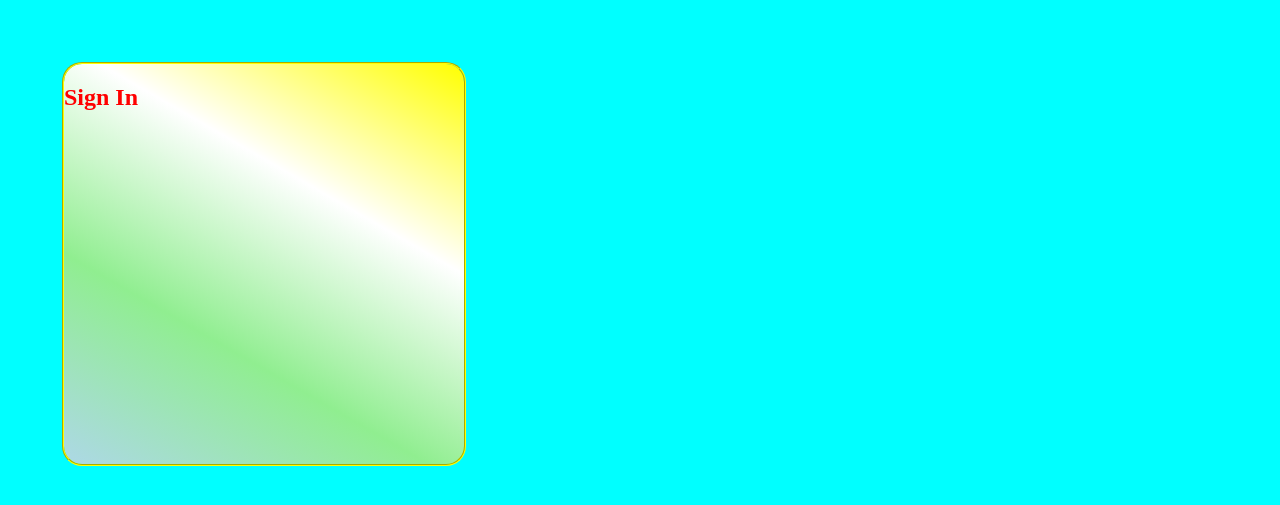
Repository: Amani-Kibet/express-app-web
Page: public/Card.html
An editor plug-in stored every save of this project. The page is shown before and after the next save, followed by the edit.
The browser window is 1280 px wide. The pictures show the whole page.

Above is the page before, as saved 2025-09-25 21:11:14.

### public/Card.html
<!DOCTYPE html>
<head>
  <title> Login Page</title>
  <style>
  #board{
    background: linear-gradient(30deg, lightblue, lightgreen, white, yellow);
    width: 25rem;
    height: 25rem;
    border-radius: 18px;
    outline: 2px groove yellow;
    position: absolute;
    top: 4rem;
    left: 4rem;
  }
  h2{
    color: red;
    alignment: centre
  }
  </style>
</head>
<body bgColor="cyan">
  <div id="board">
    <h2>Sign In</h2>
  </div>
</body>
<script>
  let input1= document.getElementById("input1");
  let btn1= document.getElementById("btn1");

  function f1(){
    let file= input1.files[0];
    let env= new FormData();
    env.append("image", file)

    fetch("http://localhost:3000/path1", {
      method: "POST",
      body: env
    })
  }


</script>
</html>

After the next save:
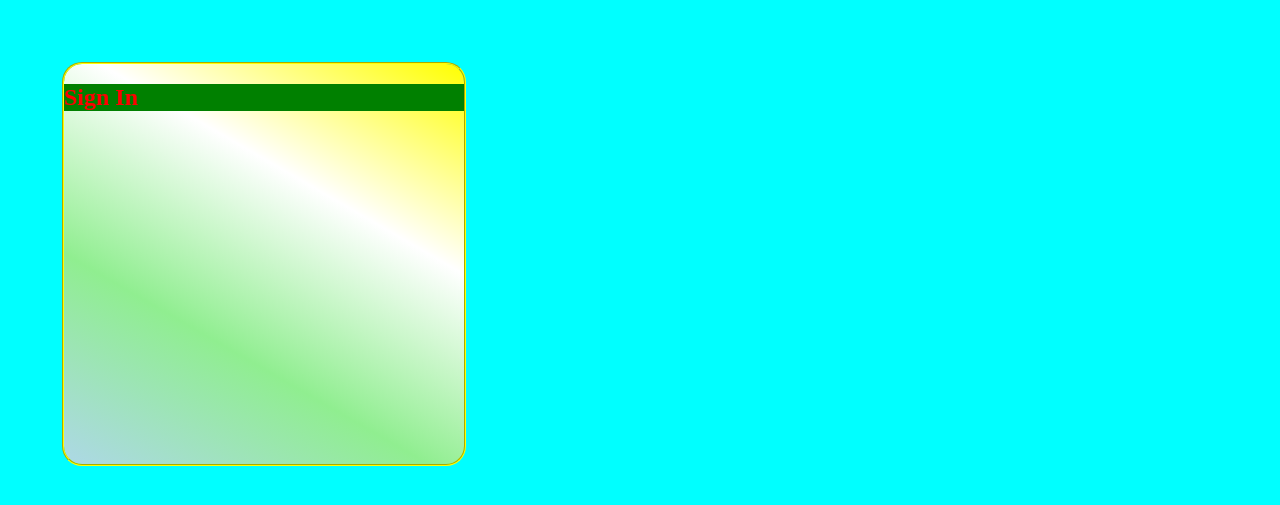
Saved 20 s later.
--- a/public/Card.html
+++ b/public/Card.html
@@ -14,7 +14,7 @@
   }
   h2{
     color: red;
-    alignment: centre
+    background: green
   }
   </style>
 </head>
